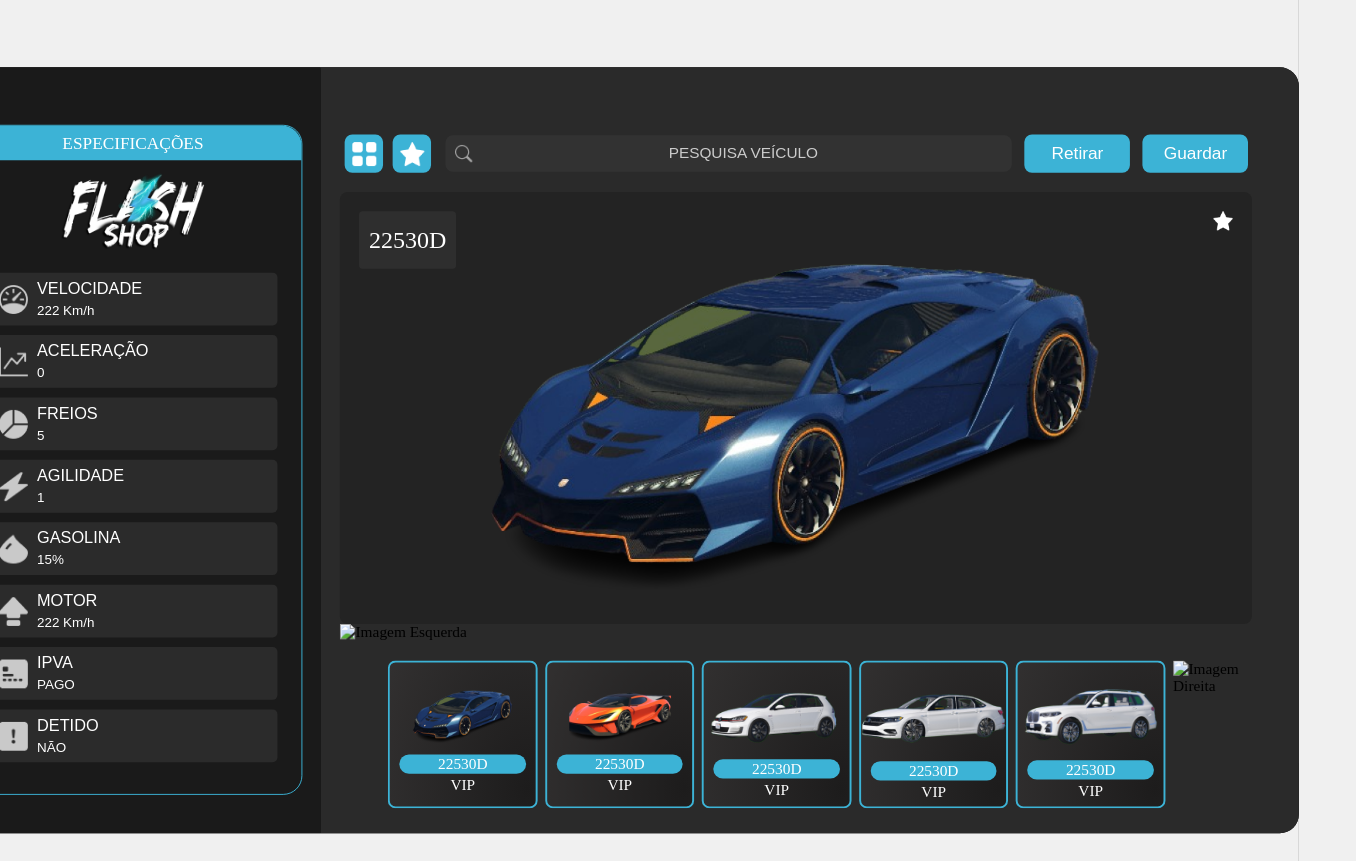
Repository: DuMCorrea/Garagem
Page: index.html
These files come from the project's save history. The page is drawn as it stood at one moment and after the next save; the edit follows.
The browser window is 1280 px wide. The page is 1353 px wide, then 1413 px, so the pictures cover 1413 px, including what lies to the right of the window. The pictures show the whole page, at 96% of full size.
Some web fonts or font styles are not loaded; a fallback is used.

Above is the page before, as saved 2024-08-22 20:06:08.
Not found: assets/imagem-direita.png
Not found: assets/imagem-esquerda.png

### index.html
<!DOCTYPE html>
<html lang="pt-BR">
<head>
    <meta charset="UTF-8">
    <meta name="viewport" content="width=device-width, initial-scale=1.0">
    <link href="https://fonts.googleapis.com/css2?family=Baloo+Bhai&display=swap" rel="stylesheet">
    <title>Div Principal</title>
    <link rel="stylesheet" href="styles.css">
</head>
<body>
    <div class="div-principal">
        <div class="div-esquerda">
            <div class="retangulo-informacoes-3 duplicadoo">
                <img src="assets/FlashStore 2.png" alt="Imagem Mecânico" class="imagem-mecanico">
                <div class="titulo-retangulo">ESPECIFICAÇÕES</div>
                <div class="saldo-conteudo">
                    <div class="saldo-item">
                        <img src="assets/Velo.png" alt="Imagem de Carteira" class="saldo-imagem">
                        <div class="saldo-texto">
                            <p class="saldo-titulo">VELOCIDADE</p>
                            <p class="saldo-valor">222 Km/h</p>
                        </div>
                    </div>
                    <div class="saldo-item">
                        <img src="assets/Ace.png" alt="Imagem de Carteira" class="saldo-imagem">
                        <div class="saldo-texto">
                            <p class="saldo-titulo">ACELERAÇÃO</p>
                            <p class="saldo-valor">0</p>
                        </div>
                    </div>
                    <div class="saldo-item">
                        <img src="assets/Freios.png" alt="Imagem de Carteira" class="saldo-imagem">
                        <div class="saldo-texto">
                            <p class="saldo-titulo">FREIOS</p>
                            <p class="saldo-valor">5</p>
                        </div>
                    </div>
                    <div class="saldo-item">
                        <img src="assets/Agi.png" alt="Imagem de Carteira" class="saldo-imagem">
                        <div class="saldo-texto">
                            <p class="saldo-titulo">AGILIDADE</p>
                            <p class="saldo-valor">1</p>
                        </div>
                    </div>
                    <div class="saldo-item">
                        <img src="assets/Gaso.png" alt="Imagem de Carteira" class="saldo-imagem">
                        <div class="saldo-texto">
                            <p class="saldo-titulo">GASOLINA</p>
                            <p class="saldo-valor">15%</p>
                        </div>
                    </div>
                    <div class="saldo-item">
                        <img src="assets/Motor.png" alt="Imagem de Carteira" class="saldo-imagem">
                        <div class="saldo-texto">
                            <p class="saldo-titulo">MOTOR</p>
                            <p class="saldo-valor">222 Km/h</p>
                        </div>
                    </div>
                    <div class="saldo-item">
                        <img src="assets/Ipva.png" alt="Imagem de Carteira" class="saldo-imagem">
                        <div class="saldo-texto">
                            <p class="saldo-titulo">IPVA</p>
                            <p class="saldo-valor">PAGO</p>
                        </div>
                    </div>
                    <div class="saldo-item">
                        <img src="assets/Detido.png" alt="Imagem de Carteira" class="saldo-imagem">
                        <div class="saldo-texto">
                            <p class="saldo-titulo">DETIDO</p>
                            <p class="saldo-valor">NÃO</p>
                        </div>
                    </div>

                </div>
            </div>
        </div>


        <div class="div-direita">
            <div class="retangulo-fundo">
                <!-- Adicionando os quadrados e o input de pesquisa ao fundo -->
                <div class="container-quadrados">
                    <button class="botao-quadrado-azul">
                        <img src="assets/4Quadrados.png" alt="Ícone 1" class="pequena-imagem">
                    </button>
                    <button class="botao-quadrado-azul">
                        <img src="assets/estrela.png" alt="Ícone 2" class="pequena-imagem">
                    </button>
                    <div class="input-container">
                        <input type="text" class="input-pesquisa" placeholder="PESQUISA VEÍCULO">
                        <button class="botao-icone-pesquisa">
                            <img src="assets/lupa (2).png" alt="Ícone Pesquisa" class="icone-pesquisa">
                        </button>
                        <!-- Novos retângulos ao lado do input -->
                        <button class="botao-retangulo-azul">Retirar</button>
                        <button class="botao-retangulo-azul">Guardar</button>
                    </div>
                </div>

                <div class="codigo-overlay">22530D</div>
                <img src="assets/CarroMaior.png" alt="Imagem Central" class="imagem-central">
                <img src="assets/Estrela.png" alt="Ícone Superior Direito" class="imagem-direita">
            </div>

            <img src="assets/imagem-esquerda.png" alt="Imagem Esquerda" class="imagem-lateral imagem-lateral-esquerda">

            <!-- Nova seção para os cards com fundo retangular azul claro -->
            <div class="fundo-cards">
                <div class="cards-container">
                    <div class="card">
                        <img src="assets/carro1.png" alt="Card 1" class="card-image">
                        <div class="card-content">
                            <div class="card-code">22530D</div>
                            <div class="card-vip">VIP</div>
                        </div>
                    </div>
                    <div class="card">
                        <img src="assets/carro2.png" alt="Card 2" class="card-image">
                        <div class="card-content">
                            <div class="card-code">22530D</div>
                            <div class="card-vip">VIP</div>
                        </div>
                    </div>
                    <div class="card">
                        <img src="assets/carro3.png" alt="Card 3" class="card-image2">
                        <div class="card-content">
                            <div class="card-code">22530D</div>
                            <div class="card-vip">VIP</div>
                        </div>
                    </div>
                    <div class="card">
                        <img src="assets/carro4.png" alt="Card 4" class="card-image3">
                        <div class="card-content">
                            <div class="card-code">22530D</div>
                            <div class="card-vip">VIP</div>
                        </div>
                    </div>
                    <div class="card">
                        <img src="assets/carro5.png" alt="Card 5" class="card-image4">
                        <div class="card-content">
                            <div class="card-code">22530D</div>
                            <div class="card-vip">VIP</div>
                        </div>
                    </div>
                    <img src="assets/imagem-direita.png" alt="Imagem Direita" class="imagem-lateral imagem-lateral-direita">
                </div>
            </div>
        </div>







    </div>
</body>
</html>

### styles.css
body {
    display: flex;
    flex-direction: column;
    align-items: center;
    margin: 0;
    background-color: #f0f0f0;
    font-family: 'Baloo Bhai';
    overflow-y: auto;
    margin-top: 70px;
}

.div-principal {
    position: relative;
    display: flex;
    width: 1425px;
    height: 798px;
    border-radius: 20px;
    background-color: #010101;
    margin-bottom: 20px;
}

.div-esquerda {
    width: 27%; /* Ocupa 30% da largura da div-principal */
    background-color: #1A1A1A; /* Cor de fundo diferente para destaque */
    border-radius: 20px 0px 0px 20px; /* Canto arredondado na esquerda */
    padding: 20px;
}

.div-direita {
    width: 72%; /* Ocupa 70% da largura da div-principal */
    background-color: #2A2A2A; /* Cor de fundo diferente para destaque */
    border-radius: 0px 20px 20px 0px; /* Canto arredondado na direita */
    padding: 20px;
}

.retangulo-informacoes-3 {
    width: 320px;
    height: 232px;
    position: absolute;
    top: 580px;
    left: 462px;
    border-radius: 20px;
    border: 1px solid #3CB3D6;
    background-color: rgba(0, 0, 0, 0); /* Ajuste da opacidade de fundo */
    opacity: 1; /* Visibilidade ativada */
}
.duplicadoo {
    width: 350px;
    height: 696px;
    position: absolute;
    top: 60px;
    left: 35px;
    border-radius: 20px;
    border: 1px solid #3CB3D6;
    background-color: rgba(0, 0, 0, 0); /* Ajuste da opacidade de fundo */
    opacity: 1; /* Visibilidade ativada */
}

.titulo-retangulo {
    width: 100%; /* Ajusta a largura ao do retângulo */
    height: 36px;
    background: #3CB3D6; /* Cor de fundo */
    border-radius: 20px 20px 0 0; /* Arredonda apenas os cantos superiores */
    color: white; /* Cor do texto */
    font-size: 18px; /* Tamanho do texto */
    line-height: 36px; /* Centraliza verticalmente o texto */
    text-align: center; /* Centraliza horizontalmente o texto */
    position: absolute;
    top: 0; /* Alinha o título ao topo do retângulo */
    left: 0; /* Alinha o título à esquerda do retângulo */
}

.status-rectangle {
    width: 300px;
    height: 35px;
    position: absolute;
    top: 130px;
    left: 16px;
    display: flex;
    align-items: center;
    justify-content: space-between; /* Ajuste para espaçar os textos */
    padding: 0 10px; /* Adicione um pequeno padding para afastar o texto das bordas */
    border-radius: 5px;
    opacity: 1; /* Tornar o retângulo visível */
    background: #37373796;
  }
  .status-text {
    font-size: 14px;
    color: #fff;
    font-family: 'Baloo Bhai', sans-serif;
  }

  .imagem-mecanico {
    display: block;
    margin: 0 auto; /* Centraliza a imagem horizontalmente */
    width: 50%; /* Ajuste a largura da imagem conforme necessário */
    height: 25%; /* Ajuste a altura da imagem conforme necessário */
    position: absolute;
    top: 0px; /* Ajuste a posição vertical da imagem */
    left: 50%;
    transform: translateX(-50%); /* Centraliza a imagem em relação ao retângulo */
}








.saldo-imagem {
    width: 30px;
    height: 30px;
    margin-right: 10px; /* Espaçamento entre a imagem e o texto */
}
.saldo-conteudo {
    display: flex;
    flex-direction: column;
    align-items: center;
    justify-content: center;
    height: 100%;
    padding: 10px;
    gap: 10px; /* Espaçamento entre os retângulos */
    margin-top: 50px;
}

.saldo-item {
    display: flex;
    align-items: center;
    width: 280px;
    height: 35px;
    border-radius: 5px;
    background: #37373796;
    padding: 10px;
}

.saldo-texto {
    display: flex;
    flex-direction: column;
    gap: 2px; /* Espaçamento reduzido entre o título e o valor */
    font-family: 'Baloo Bhai', sans-serif;


}

.saldo-titulo {
    font-family: 'Baloo Bhai', sans-serif;
    font-size: 17px;
    font-weight: 400;
    line-height: 20px; /* Ajuste na altura da linha para deixar os textos mais próximos */
    text-align: left;
    color: white;
    margin: 0;
}
.saldo-valor {
    font-family: 'Baloo Bhai', sans-serif;
    font-size: 14px;
    font-weight: 400;
    line-height: 20px; /* Ajuste na altura da linha para deixar os textos mais próximos */
    text-align: left;
    color: white;
    margin: 0;
}



/* DIV DA DIREITA */

/* Estilo para o contêiner dos quadrados e do input de pesquisa */
.container-quadrados {
    position: absolute;
    top: -60px; /* Ajuste para posicionar os quadrados acima do fundo */
    left: 5px; /* Ajuste para mover os quadrados mais para a esquerda */
    display: flex;
    gap: 10px; /* Espaçamento entre os quadrados e o input */
}

.botao-quadrado-azul {
    width: 40px; /* Tamanho do quadrado */
    height: 40px; /* Tamanho do quadrado */
    background-color: #3CB3D6; /* Cor de fundo azul claro */
    display: flex;
    justify-content: center;
    align-items: center;
    border: none; /* Remove a borda padrão */
    border-radius: 8px; /* Bordas arredondadas */
    cursor: pointer; /* Indica que o elemento é clicável */
    padding: 0; /* Remove o padding padrão do botão */
    margin: 0; /* Remove a margem padrão do botão */
}

.pequena-imagem {
    width: 25px; /* Tamanho da imagem */
    height: 25px;
}

/* Estilo para o contêiner do input e ícone */
.input-container {
    position: relative; /* Define o contexto para o ícone */
    margin-left: 5px; /* Espaçamento entre os quadrados e o input */
}

/* Estilo para o input de pesquisa */
.input-pesquisa {
    padding: 10px 10px 10px 40px; /* Espaçamento interno, espaço adicional à esquerda para o ícone */
    width: 540px; /* Largura do input */
    background: rgba(62, 62, 62, 0.42); /* Cor de fundo com opacidade */
    border: none; /* Remove a borda padrão */
    border-radius: 8px; /* Bordas arredondadas */
    color: #fff; /* Cor do texto */
    font-size: 16px; /* Tamanho da fonte */
    text-align: center; /* Centraliza o texto do placeholder */
}

.input-pesquisa::placeholder {
    color: #ccc; /* Cor do placeholder */
}

/* Estilo para o botão da lupa */
.botao-icone-pesquisa {
    position: absolute; /* Alinha o botão com o input */
    left: 10px; /* Alinha o ícone à esquerda dentro do input */
    top: 50%; /* Alinha verticalmente o ícone no centro */
    transform: translateY(-50%); /* Corrige o alinhamento vertical */
    width: 18px; /* Tamanho do botão */
    height: 18px; /* Tamanho do botão */
    background: transparent; /* Remove o fundo do botão */
    border: none; /* Remove a borda padrão do botão */
    cursor: pointer; /* Indica que o botão é clicável */
    padding: 0; /* Remove o padding padrão do botão */
    display: flex; /* Centraliza o ícone dentro do botão */
    justify-content: center;
    align-items: center;
}
/* Estilo para o ícone dentro do botão */
.botao-icone-pesquisa img {
    width: 18px; /* Tamanho do ícone */
    height: 18px; /* Tamanho do ícone */
}

/* Outros estilos existentes */
.retangulo-fundo {
    width: 950px;
    height: 450px;
    background: rgba(29, 28, 28, 0.48); /* Cor com opacidade */
    border-radius: 8px;
    display: flex;
    justify-content: center;
    align-items: center;
    margin-top: 110px;
    position: relative; /* Define a posição relativa para o fundo */
}

.imagem-central {
    width: 650px;
    height: 378.6px;
}

.codigo-overlay {
    position: absolute;
    top: 20px; /* Ajusta a posição para o canto superior */
    left: 20px; /* Ajusta a posição para o canto esquerdo */
    padding: 5px 10px;
    background: rgba(62, 62, 62, 0.42); /* Cor com opacidade */
    border-radius: 4px;
    color: #fff;
    font-size: 25px;
    line-height: 50px;
}

.imagem-direita {
    position: absolute;
    top: 20px; /* Posição no canto superior */
    right: 20px; /* Posição no canto direito */
    width: 20px; /* Ajuste o tamanho conforme necessário */
    height: 20px; /* Ajuste o tamanho conforme necessário */
}

.botao-quadrado-azul img {
    width: 25px; /* Tamanho da imagem */
    height: 25px;
}
/* Estilo para os botões dos retângulos */
.botao-retangulo-azul {
    width: 110px; /* Largura dos retângulos */
    height: 40px; /* Altura dos retângulos */
    background-color: #3CB3D6; /* Cor de fundo azul claro */
    display: flex;
    justify-content: center;
    align-items: center;
    border: none; /* Remove a borda padrão */
    border-radius: 8px; /* Bordas arredondadas */
    color: #fff; /* Cor do texto */
    font-size: 18px; /* Tamanho da fonte */
    cursor: pointer; /* Indica que o elemento é clicável */
    margin-left: 12px; /* Espaçamento entre o input e os retângulos */
    padding: 0; /* Remove o padding padrão do botão */
}

/* Estilo para o contêiner do input e ícone, ajustando o espaço para os retângulos */
/* Ajusta o contêiner do input e ícone para incluir os botões */
.input-container {
    position: relative; /* Define o contexto para o ícone e botões */
    margin-left: 5px; /* Espaçamento entre os quadrados e o input */
    display: flex; /* Organiza os itens horizontalmente */
    align-items: center; /* Alinha verticalmente os itens */
    gap: 1px; /* Espaçamento entre os itens */
}




/* Estilo para o código do card com fundo retangular azul */
.card-code {
    font-size: 16px; /* Tamanho da fonte ajustado */
    margin-bottom: 3px; /* Espaçamento abaixo do código */
    margin-top: 7px;
    background: #3CB3D6; /* Cor de fundo azul */
    color: #fff; /* Cor do texto branca para contraste */
    padding: 1px 40px; /* Espaçamento interno */
    border-radius: 10px; /* Bordas arredondadas */
    display: inline-block; /* Garante que o fundo azul se ajuste ao texto */
}

/* Estilo para a nova seção de cards */
.cards-container {
    display: flex; /* Organiza os cards horizontalmente */
    justify-content: flex-start; /* Alinha os cards no início da linha */
    flex-wrap: nowrap; /* Não permite quebra de linha, todos os cards na mesma linha */
    gap: 8px; /* Espaçamento entre os cards */
    margin-top: 20px; /* Espaçamento acima dos cards */
    margin-left: 50px; /* Espaçamento à esquerda da div para mover os cards mais para a direita */
    overflow-x: auto; /* Permite rolagem horizontal se os cards não cabem na tela */
}

/* Estilo para cada card */
.card {
    width: 160px; /* Largura aumentada do card */
    height: 150px; /* Altura aumentada do card */
    background: radial-gradient(547.21% 823.76% at 94.51% 88.04%, #1D1C1C 0%, #837E7E 100%); /* Cor de fundo do card */
    border: 2px solid #3CB3D6; /* Borda do card */
    border-radius: 8px; /* Bordas arredondadas */
    display: flex; /* Organiza o conteúdo verticalmente */
    flex-direction: column; /* Organiza os itens na vertical */
    align-items: center; /* Alinha o conteúdo horizontalmente no centro */
    justify-content: center; /* Alinha o conteúdo verticalmente no centro */
    overflow: hidden; /* Esconde qualquer parte do conteúdo que exceda os limites do card */
}

/* Estilo para a imagem do card */
.card-image {
    width: 70%; /* Largura da imagem */
    height: 40%; /* Altura da imagem reduzida */
    object-fit: cover; /* Cobre o espaço do card mantendo a proporção da imagem */
    margin-top: 15px;
}
.card-image2 {
    width: 120%; /* Largura da imagem */
    height: 80%; /* Altura da imagem reduzida */
    object-fit: cover; /* Cobre o espaço do card mantendo a proporção da imagem */
    margin-bottom: -20px;
    margin-top: -14px;
}
.card-image3 {
    width: 110%; /* Largura da imagem */
    height: 80%; /* Altura da imagem reduzida */
    object-fit: cover; /* Cobre o espaço do card mantendo a proporção da imagem */
    margin-bottom: -18px;
    margin-top: -12px;
}
.card-image4 {
    width: 100%; /* Largura da imagem */
    height: 70%; /* Altura da imagem reduzida */
    object-fit: cover; /* Cobre o espaço do card mantendo a proporção da imagem */
    margin-top: 0px;
    margin-bottom: -17px;
}

/* Estilo para o conteúdo do card */
.card-content {
    width: 100%; /* Largura do conteúdo */
    text-align: center; /* Centraliza o texto */
    color: #fff; /* Cor do texto */
    padding: 5px 0; /* Espaçamento interno */
}

/* Estilo para o código do card */
.card-code {
    font-size: 16px; /* Tamanho da fonte ajustado */
    margin-bottom: 3px; /* Espaçamento abaixo do código */
}

After the next save:
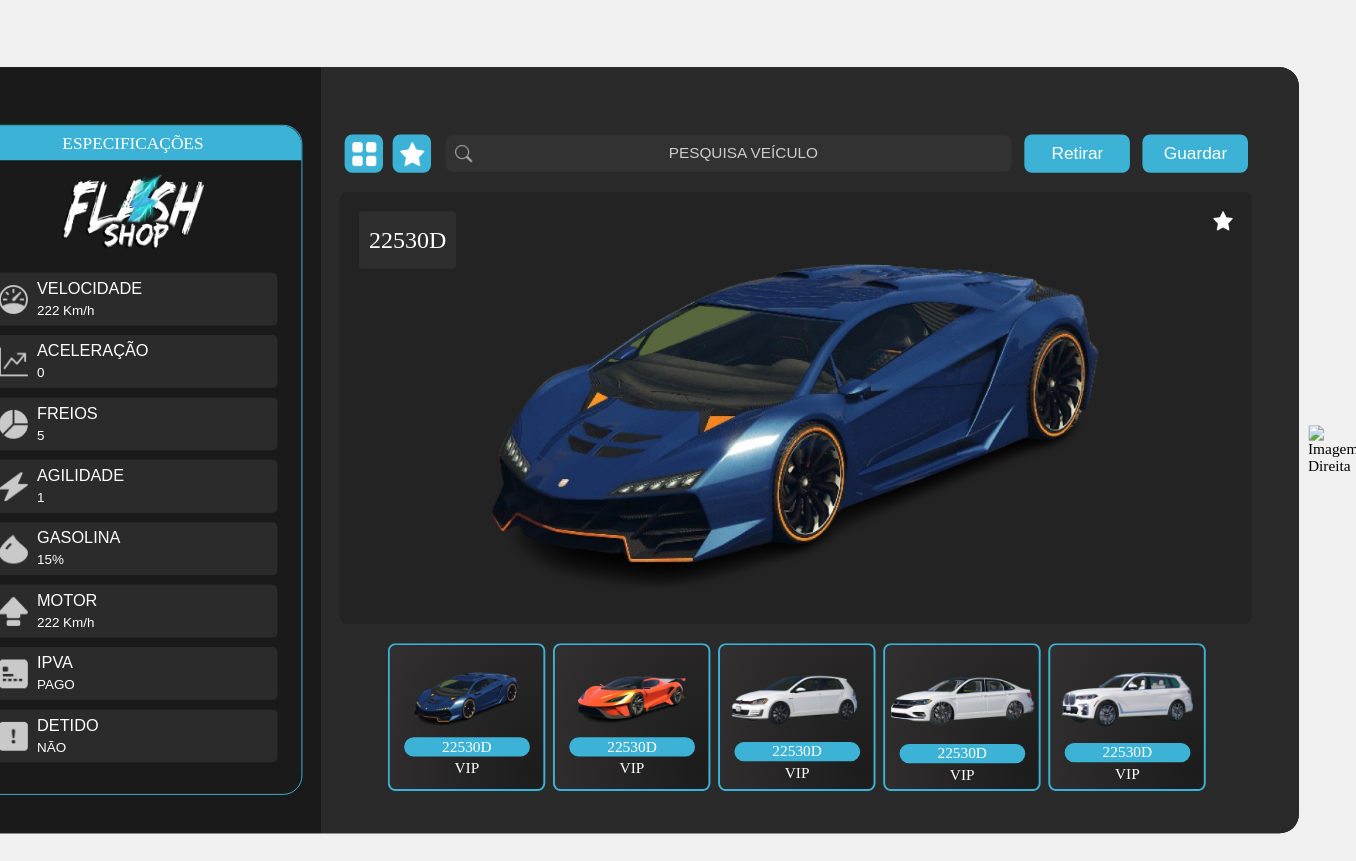
Saved 18 s later.
--- a/styles.css
+++ b/styles.css
@@ -389,3 +389,21 @@
     font-size: 16px; /* Tamanho da fonte ajustado */
     margin-bottom: 3px; /* Espaçamento abaixo do código */
 }
+
+.imagem-lateral {
+    position: absolute;
+    top: 50%;
+    transform: translateY(-50%);
+    width: 50px; /* Ajuste o tamanho conforme necessário */
+    height: auto;
+}
+
+.imagem-lateral-esquerda {
+    left: 0; /* Posiciona a imagem à esquerda dos cards */
+    margin-left: -60px; /* Ajusta a distância da imagem em relação ao contêiner */
+}
+
+.imagem-lateral-direita {
+    right: 0; /* Posiciona a imagem à direita dos cards */
+    margin-right: -60px; /* Ajusta a distância da imagem em relação ao contêiner */
+}
